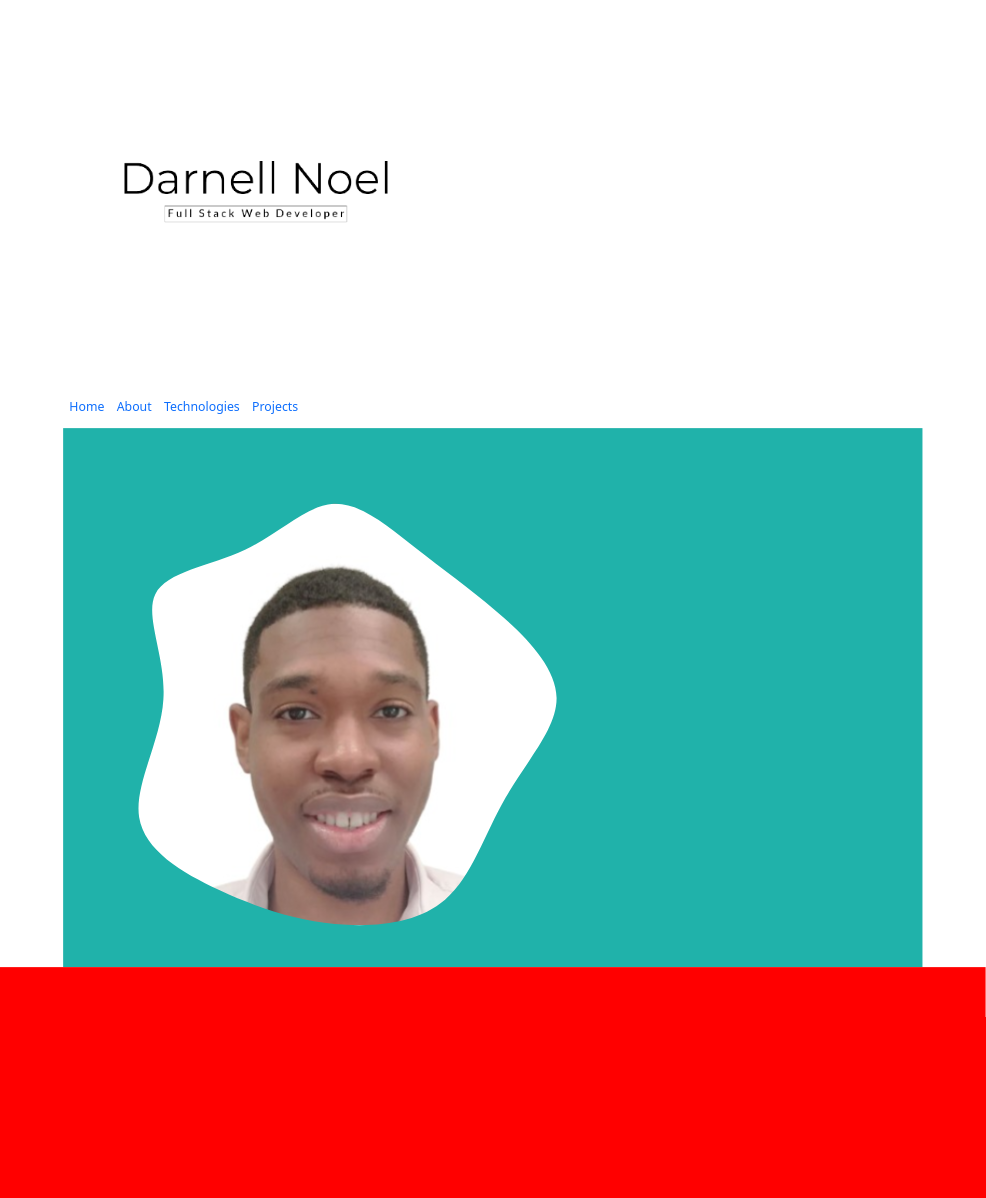
Repository: DNoel26/My_Dev_Portfolio
Page: index.html
The author's editor kept a copy of each file at every save. The page is drawn from the files as they stood at one save, then again after the next save.
The browser window is 1280 px wide. The pictures show the whole page, at 77% of full size.

Above is the page before, as saved 2021-01-28 18:36:48.

After the next save:
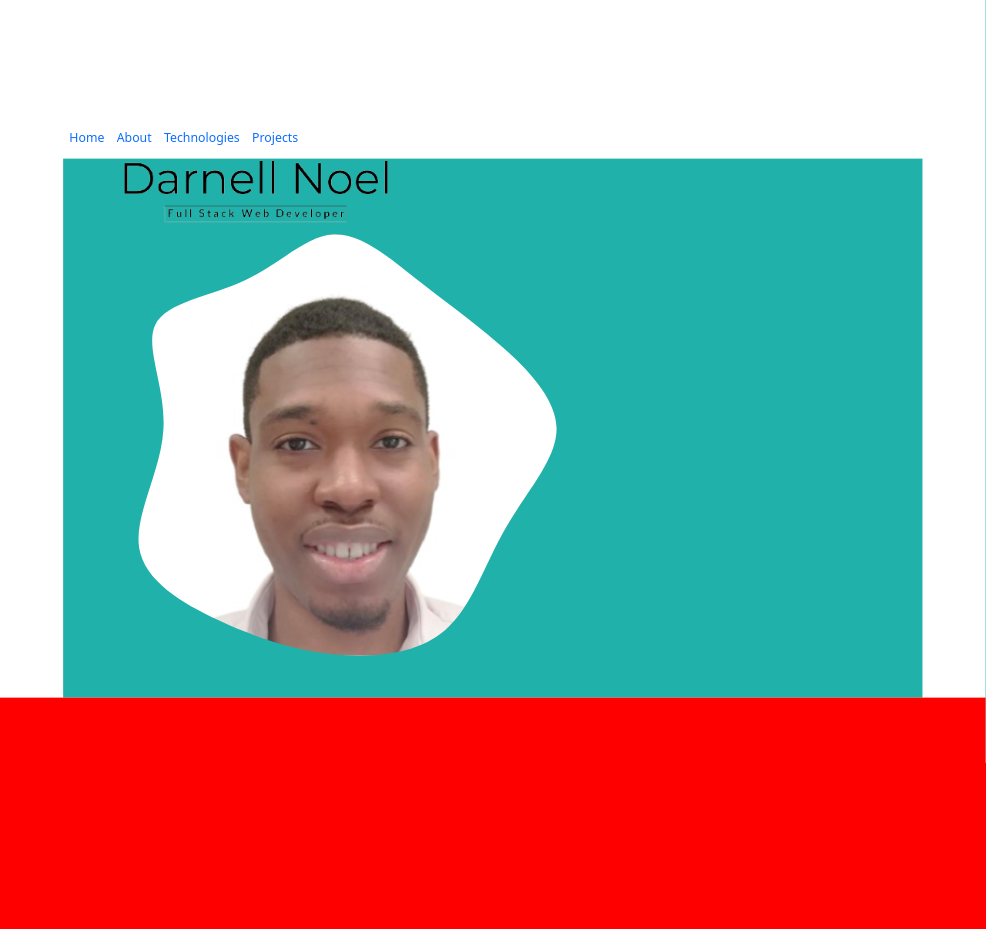
Saved 4 s later.
--- a/css/style.css
+++ b/css/style.css
@@ -4,7 +4,7 @@ header {
 }
 
 header nav:first-child {
-    height: ;
+    height: 150px;
 }
 
 footer {
